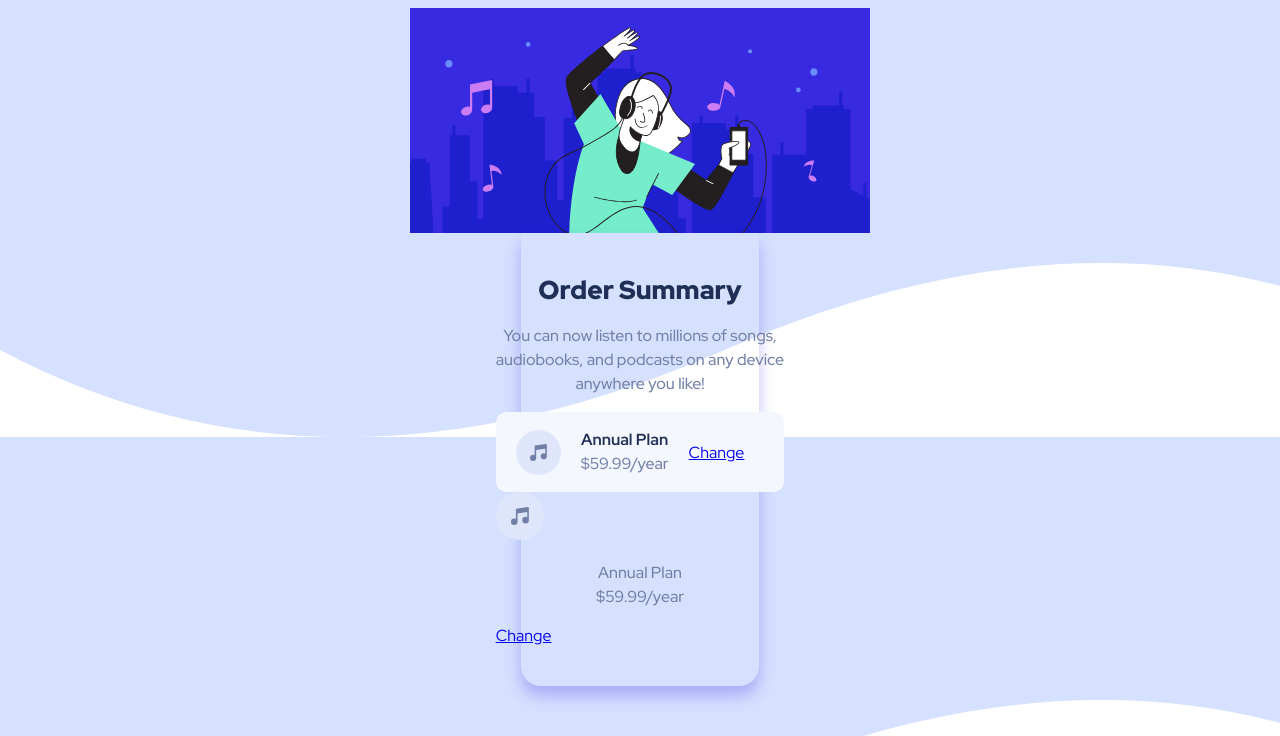
Repository: Pawan-pediredla/frontend-mentors
Page: order-summary-card/order-summary-component-main/markup/index.html
An editor plug-in stored every save of this project. The page is shown before and after the next save, followed by the edit.
The browser window is 1280 px wide. The pictures show the whole page.

Above is the page before, as saved 2024-06-22 12:16:29.

### order-summary-card/order-summary-component-main/markup/index.html
<!DOCTYPE html>
<html lang="en">
<head>
  <meta charset="UTF-8">
  <meta name="viewport" content="width=device-width, initial-scale=1.0"> <!-- displays site properly based on user's device -->
  <title>Frontend Mentor | Order summary card</title>
  <link
  rel="icon"
  type="image/png"
  sizes="32x32"
  href="favicon-32x32.png"/>
<link rel="stylesheet"  href="../styling/index.css"/>
</head>
<body>
  <section class="image-container">
    <img src="illustration-hero.svg" alt="illustration-hero" />
  </section>
  <div class="container">
    <div class="content">
      <h1>Order Summary</h1>

      <p>
        You can now listen to millions of songs, audiobooks, and podcasts on
        any device anywhere you like!
      </p>

      </p>
      <section class="price">
        <img src="icon-music.svg" alt="icon-music" />
        <p>
          Annual Plan <br />
          <span>$59.99/year</span>
        </p>

        <a href="#">Change</a>
      </section>
      <section class="footer">
        <img src="icon-music.svg" alt="icon-music" />
        <p>
          Annual Plan <br />
          <span>$59.99/year</span>
        </p>
        <a href="#">Change</a>
      </section>
    </div>
  </div>
</body>
</html>

### order-summary-card/order-summary-component-main/styling/index.css
@import url("https://fonts.googleapis.com/css2?family=Red+Hat+Display:ital,wght@0,300..900;1,300..900&display=swap");

.attribution { font-size: 11px; text-align: center; }
    .attribution a { color: hsl(228, 45%, 44%); }
    :root {
        --pale-blue: #e0e8ff;
        --bright-blue: #3829e0;
        --very-pale-blue: #f5f7ff;
        --desaturated-blue: #7280a7;
        --dark-blue: #1f2f56;
      }
      html{
        padding: 0;
        margin: 0;
        -webkit-box-sizing: border-box;
        box-sizing: border-box;
        background-image: url(../images/pattern-background-desktop.svg);
        font-family: "Red Hat Display", sans-serif;
      }
      body{
        display: flex;
        flex-direction: column;
        align-items: center;
        justify-self: center
        ;
        height: 100vh;
      }
      .container{
        display: flex;
        flex-direction: column;
        justify-content: center;
        align-items:center;
    width:  23.5%;

    padding: 30px 30px;
    padding-bottom: 40px;
    border-bottom-left-radius: 20px;
    border-bottom-right-radius: 20px;
    box-shadow: 0px 10px 15px #3829e049;
}
.image-container img {
    width: 100%;
    height: 100%;
    object-fit: fill;
  }

  .content h1 {
    color: var(--dark-blue);
    text-align: center;
    font-size: 26px;
    font-weight: 900;
    margin-top: 10px;
  }

  .content p {
    color: var(--desaturated-blue);
    font-size: 16px;
    text-align: center;
    font-weight: 500;
    line-height: 1.5rem;
  }
  section.price{
    display: grid;
    grid-template-columns: repeat(5,1fr);
    align-items: center;
    gap: 20px;
    width: 100%;
    background: var(--very-pale-blue);
    border-radius: 10px;
  }
  section.price img {
    width: 45px;
    height: 45px;
    padding-left: 20px;
  }
  section.price p {
    font-size: 16px;
    color: var(--dark-blue);
    font-weight: 700;
  }

  section.price p span {
    color: var(--desaturated-blue);
    font-weight: 500;
  }

After the next save:
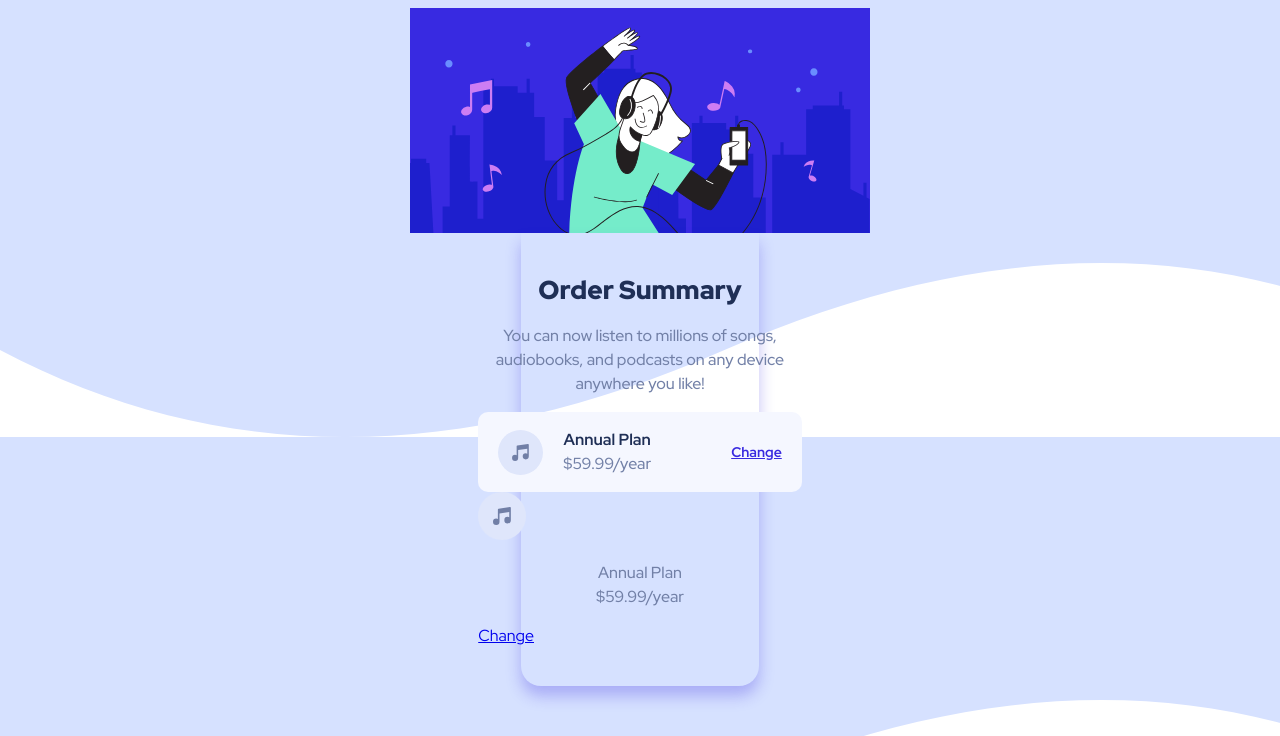
Saved 36 s later.
--- a/order-summary-card/order-summary-component-main/styling/index.css
+++ b/order-summary-card/order-summary-component-main/styling/index.css
@@ -83,3 +83,10 @@
     color: var(--desaturated-blue);
     font-weight: 500;
   }
+  section.price a {
+    color: var(--bright-blue);
+    font-weight: 700;
+    font-size: 14px;
+    grid-column: 4 / span 1;
+    padding-left: 40px;
+  }
